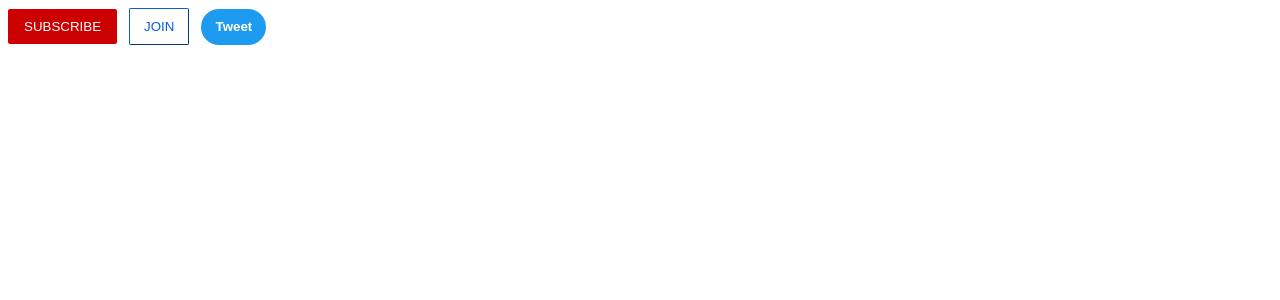
Repository: Kurumilli/Youtube
Page: buttons.html
The author's editor kept a copy of each file at every save. The page is drawn from the files as they stood at one save, then again after the next save.
The browser window is 1280 px wide. The pictures show the whole page.

Above is the page before, as saved 2025-01-25 20:24:25.

### buttons.html
<html>
<body>
<style>
.subscribe{
    background-color: rgb(204, 0, 0);
    border:none;
    color: white;
    border-radius: 2px;
    cursor: pointer;
    padding-top: 10px;
    padding-bottom: 10px;
    padding-right: 16px;
    padding-left: 16px;
    transition:opacity 0.15s;
}
    .subscribe:hover{
        opacity: 0.8;
    }

    .subscribe:active{
        opacity: 0.4;
    }

.join{
background-color: white;
color: rgb(6, 95, 212);
border-width: 1px;
border-color:rgb(6, 95, 212);
border-radius: 2px;
cursor: pointer;
margin-left: 8px;
padding-top: 10px;
padding-bottom: 10px;
padding-right: 14px;
padding-left: 14px;
transition:background-color 0.15s, color 1s;
}

    .join:hover{
        background-color:rgb(6, 95, 212) ;
        color: white;
    }

    .join:active{
        opacity: 0.5;
    }

.tweet{
    background-color: rgb(29, 155, 240);
    border: none;
    height: 36px;
    color: white;
    width: 65px;
    border-radius: 18px;
    font-weight: bold;
    margin-left: 8px;
    transition: box-shadow 0.15s;
    }

    .tweet:hover{
        box-shadow:5px 5px 10px rgb(0,0,0, 0.15);
    }
</style>

<button class="subscribe">
    SUBSCRIBE
</button>

<button class="join">
    JOIN
</button>

<button class="tweet">
    Tweet
</button>




</body>
</html>

After the next save:
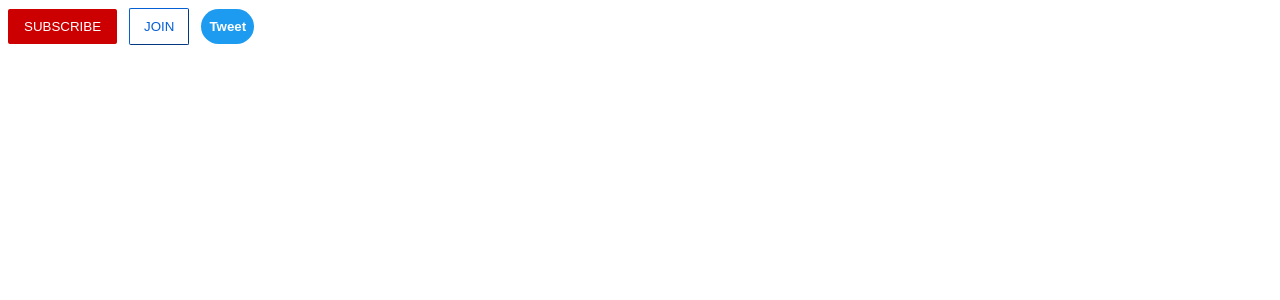
Saved 59 s later.
--- a/buttons.html
+++ b/buttons.html
@@ -48,12 +48,14 @@ transition:background-color 0.15s, color 1s;
 .tweet{
     background-color: rgb(29, 155, 240);
     border: none;
-    height: 36px;
     color: white;
-    width: 65px;
     border-radius: 18px;
     font-weight: bold;
     margin-left: 8px;
+    padding-top: 10px;
+    padding-bottom: 10px;
+    padding-left: 8px;
+    padding-right: 8px;
     transition: box-shadow 0.15s;
     }
 
